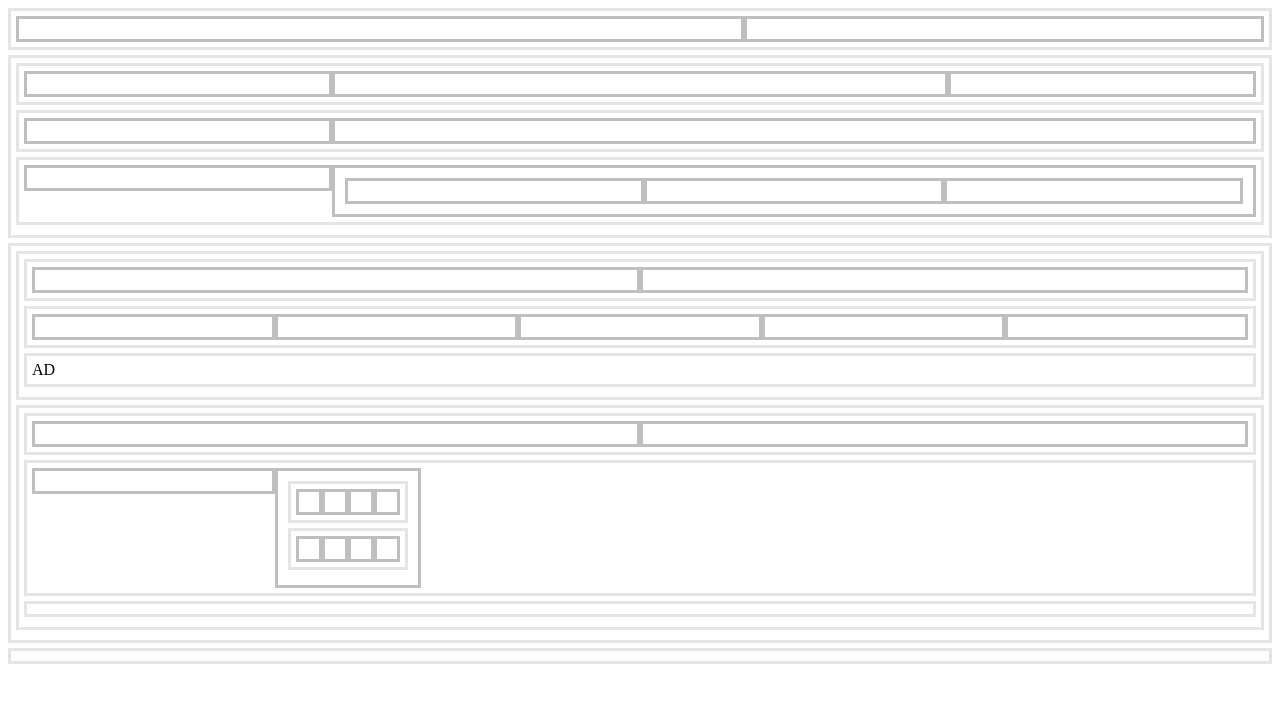
Repository: 0xbul1/biao-class-3
Page: practice/012-float-grid/index5.html
These files come from the project's save history. The page is drawn as it stood at one moment and after the next save; the edit follows.
The browser window is 1280 px wide. The pictures show the whole page.

Above is the page before, as saved 2018-10-03 18:58:42.

After the next save:
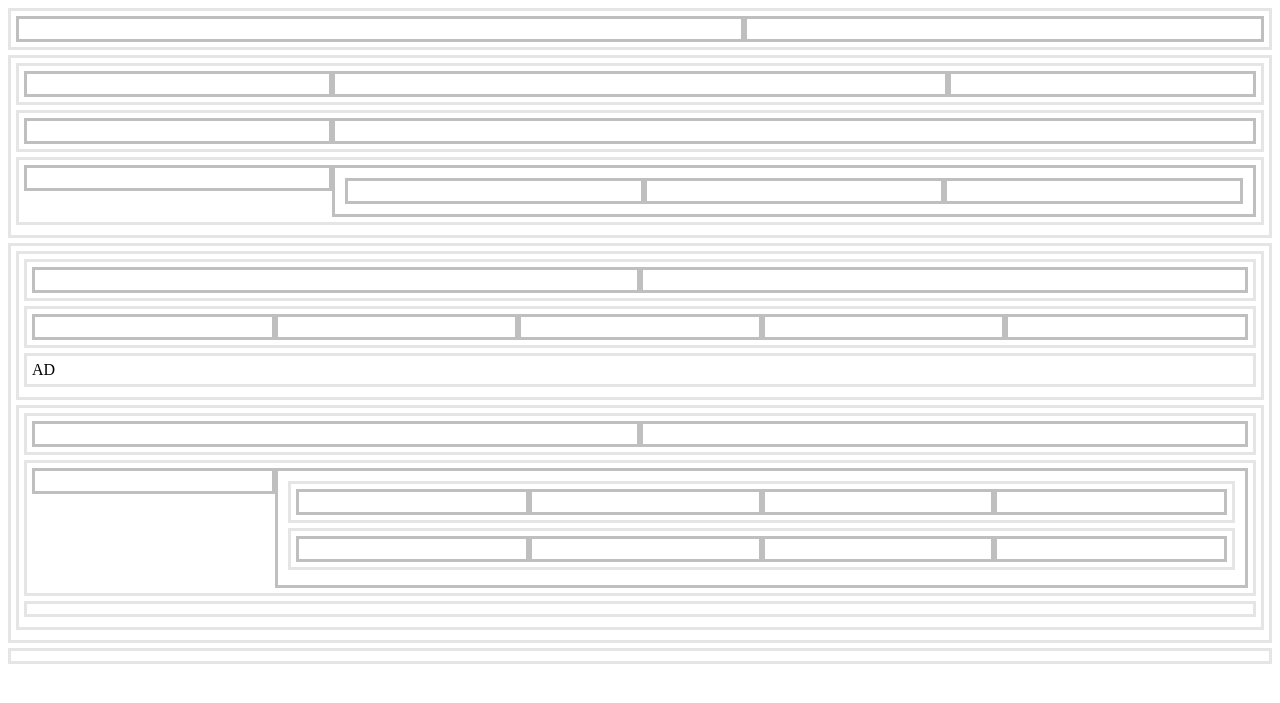
Saved 20 s later.
--- a/practice/012-float-grid/index5.html
+++ b/practice/012-float-grid/index5.html
@@ -125,7 +125,7 @@
         </div>
         <div class="row mid">
             <div class="col-2-5"></div>
-            <div class="col">
+            <div class="col-9-5">
                 <div class="row">
                     <div class="col-3"></div>
                     <div class="col-3"></div>
